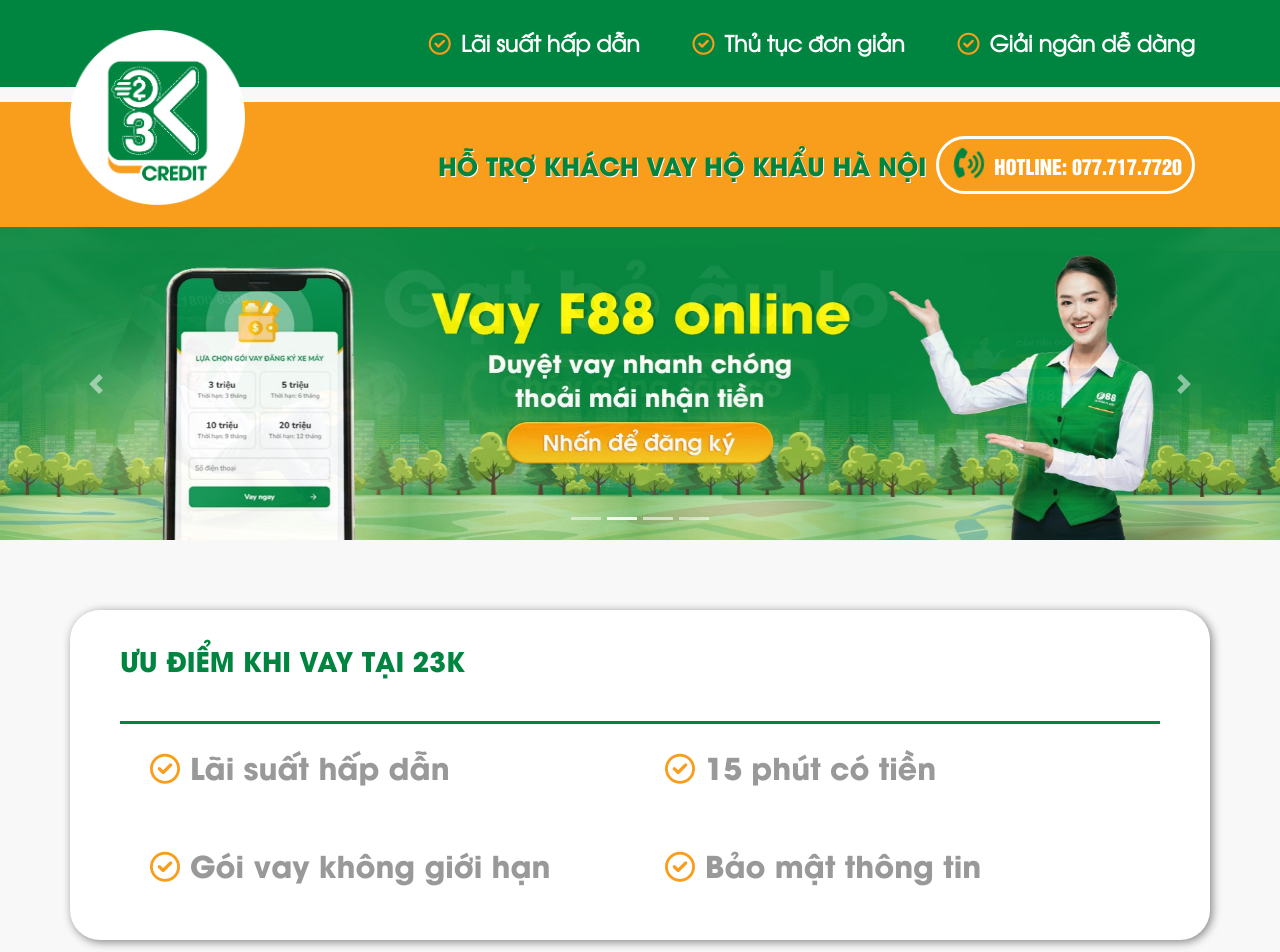
Repository: anhtu2110/23k.vn
Page: theme/index.html
An editor plug-in stored every save of this project. The page is shown before and after the next save, followed by the edit.
The browser window is 1280 px wide. The pictures show the part of the page from y = 0 to 952 px (the page is 1944 px tall before and 1974 px after).
A picture or video elsewhere on the page could not be fetched, so the positions and the page height are approximate.

Above is the page before, as saved 2022-12-29 22:51:19.

### theme/index.html
<!DOCTYPE html>
<html lang="en">

<head>
    <meta charset="UTF-8">
    <meta http-equiv="X-UA-Compatible" content="IE=edge">
    <meta name="viewport" content="width=device-width, initial-scale=1.0">
    <link rel="icon" type="image/x-icon" href="./public/images/footer_logo.png">
    <link rel="stylesheet" href="public/css/bootstrap/bootstrap-theme.css" type="text/css" />
    <link rel="stylesheet" href="public/css/bootstrap/bootstrap.css" type="text/css" />
    <link rel="stylesheet" href="public/reset.css" type="text/css" />
    <link rel="stylesheet" href="public/css/font-awesome/css/font-awesome.min.css">
    <link rel="stylesheet" href="https://cdnjs.cloudflare.com/ajax/libs/font-awesome/6.2.1/css/all.min.css">
    <link rel="stylesheet" href="public/style.css" type="text/css" />
    <link rel="stylesheet" href="public/responsive.css" type="text/css" />
    <title>23K</title>

    <script src="public/js/jquery-3.6.1.min.js"></script>
    <script src="public/js/bootstrap/bootstrap.min.js"></script>
    <script src="public/js/main.js"></script>
</head>

<body>
    <!-- test  -->
    <div id="wrapper">
        <div id="header">
            <div class="header-top">
                <div class="container">
                    <div class="logo">
                        <a href="" class="logo">
                            <img src="./public/images/LOGO.png" alt="">
                        </a>
                    </div>
                    <ul class="benefit">
                        <li class="benefit-item">Lãi suất hấp dẫn</li>
                        <li class="benefit-item">Thủ tục đơn giản </li>
                        <li class="benefit-item">Giải ngân dễ dàng</li>
                    </ul>
                </div>
            </div>
            <div class="header-bottom">
                <div class="container">
                    <span class="content text-uppercase">Hỗ trợ khách vay hộ khẩu hà nội</span>
                    <a href="tel:0777177720" class="hotline text-decoration-none">
                        <span class="icon-phone"><i class="fa-solid fa-phone-volume animation-phone"></i></span>
                        <span>Hotline: 077.717.7720</span>
                    </a>
                </div>
            </div>
        </div>
        <!-- END HEADER  -->
        <style>
            #banner img {
                max-width: 100%;
                height: auto;
            }
        </style>
        <div id="wp-content">
            <section class="home-banner">
                <div id="banner" class="banner carousel slide carousel-fade" data-ride="carousel">
                    <ol class="carousel-indicators">
                        <li data-target="#banner" class="active" data-slide-to="0"></li>
                        <li data-target="#banner" data-slide-to="1"></li>
                        <li data-target="#banner" data-slide-to="2"></li>
                        <li data-target="#banner" data-slide-to="3"></li>
                    </ol>
                    <div class="carousel-inner">
                        <div class="carousel-item active" data-interval="2500">
                            <a href="">
                                <img class="desktop" src="./public/images/20220511164418256-1920 x 470.jpg" alt="">
                            </a>
                        </div>
                        <div class="carousel-item" data-interval="2500">
                            <a href="">
                                <img class="desktop" src="./public/images/20221012100205330-f88 vay tiền destop.png"
                                    alt="">
                            </a>
                        </div>
                        <div class="carousel-item" data-interval="2500">
                            <a href="">
                                <img class="desktop"
                                    src="./public/images/20221118174037871-destop wc vay tiền tại f88.jpg" alt="">
                            </a>
                        </div>
                        <div class="carousel-item" data-interval="2500">
                            <a href="">
                                <img class="desktop" src="./public/images/slider_4.jpg" alt="">
                            </a>
                        </div>
                    </div>
                    <a href="#banner" class="carousel-control-prev" data-slide="prev">
                        <span class="carousel-control-prev-icon"></span>
                    </a>
                    <a href="#banner" class="carousel-control-next" data-slide="next">
                        <span class="carousel-control-next-icon"></span>
                    </a>
                </div>
            </section>
            <!-- END HOME-BANNER  -->
            <div id="wp-form-reg">

            </div>
            <!-- END WP-FORM-REG  -->
            <div id="advantages" class="container box">
                <div class="head-box">
                    <div class="row">
                        <div class="col-md-12">
                            <p class="title">Ưu điểm khi vay tại 23k</p>
                        </div>
                    </div>
                </div>
                <div class="list-advantage">
                    <div class="row justify-content-center">
                        <div class="col-md-6 col-12">
                            <p class="advantage">Lãi suất hấp dẫn</p>
                        </div>
                        <div class="col-md-6 col-12">
                            <p class="advantage">15 phút có tiền</p>
                        </div>
                        <div class="col-md-6 col-12">
                            <p class="advantage">Gói vay không giới hạn</p>
                        </div>
                        <div class="col-md-6 col-12">
                            <p class="advantage">Bảo mật thông tin</p>
                        </div>
                    </div>
                </div>
            </div>
            <!-- END ADVANTAGES  -->
            <div id="should-choose" class="container box">
                <div class="head-box">
                    <div class="row">
                        <div class="col-md-12">
                            <p class="title">Bạn nên chọn 23k</p>
                        </div>
                    </div>
                </div>
                <ul class="list-reason">
                    <li class="reason-item">
                        <a href=""><img src="./public/images/thu_tuc.png" alt=""></a>
                        <p>Thủ tục đơn giản chỉ cần CCCD & sổ hộ khẩu Hà Nội</p>
                    </li>
                    <li class="reason-item">
                        <a href=""><img src="./public/images/tham_dinh.png" alt=""></a>
                        <p>
                            Thẩm định nhanh chóng linh hoạt
                        </p>
                    </li>
                    <li class="reason-item">
                        <a href=""><img src="./public/images//lai_suat.png" alt=""></a>
                        <p>Lãi suất ưu đãi nhất Hà Nội</p>
                    </li>
                    <li class="reason-item">
                        <a href=""><img src="./public/images/tu_van.png" alt=""></a>
                        <p>Đăng ký tư vấn online dễ dàng</p>
                    </li>
                    <li class="reason-item">
                        <a href=""><img src="./public/images/bao_mat.png" alt=""></a>
                        <p>Bảo mật thông tin khách hàng</p>
                    </li>
                </ul>
            </div>
        </div>
        <!-- END SHOULD-CHOOSE  -->
        <!-- END WP-CONTENT  -->
        <div id="footer">
            <div id="footer-top">
                <div class="container">
                    <div class="row">
                        <div class="footer-top-content col-12">
                            <span class="footer-thank">Trân trọng cảm ơn quý khách !</span>
                            <a href="tel:0777177720" class="hotline text-decoration-none">
                                <span class="icon-phone"><i class="fa-solid fa-phone-volume animation-phone"></i></span>
                                <span>Hotline: 077.717.7720</span>
                            </a>
                        </div>
                    </div>
                </div>
            </div>
            <!-- END FOOTER-TOP  -->
            <div id="footer-bottom">
                <div class="container">
                    <div class="row">
                        <div class="footer-logo col-md-2">
                            <a href="" class="logo">
                                <img src="./public/images/footer_logo.png" alt="">
                            </a>
                        </div>
                        <div class="footer-info-contact col-md-8">
                            <div class="wp-info-contact">
                                <p>Thông tin liên hệ</p>
                                <ul class="list-info-contact">
                                    <li class="info-contact-item"><a href=""><i class="fa-solid fa-location-dot"></i>252
                                            Đ.
                                            Lạc Long
                                            Quân, Bưởi, Cầu Giấy, Hà Nội, Việt Nam</a></li>
                                    <li class="info-contact-item"><a href=""><i class="fa-solid fa-phone"></i>HOTLINE:
                                            0777.170.720</a></li>
                                    <li class="info-contact-item"><a href=""><i
                                                class="fa-brands fa-square-facebook"></i>www.facebook.com/groups/taichinh23k</a>
                                    </li>
                                </ul>
                            </div>
                        </div>
                    </div>
                </div>
            </div>
            <!-- END FOOTER-BOTTOM  -->
        </div>
        <!-- END FOOTER  -->
    </div>
</body>

</html>

### theme/public/style.css
@import '../public/css/import/fonts.css';
@import '../public/css/import/global.css';
@import '../public/css/import/header.css';
@import '../public/css/import/footer.css';
@import '../public/css/import/register.css';

### theme/public/responsive.css
@media (max-width: 1199px) {
    html {
        font-size: 5.333px;
        /* font-size: 8px; */
    }
}

@media (max-width: 767px) {
    html {
        font-size: 10px;
    }
}

### theme/public/css/import/fonts.css
@font-face {
    font-family: 'Leelawadee UI Bold';
    src: url('../../font/leelawdb.ttf');
}

@font-face {
    font-family: 'Montserrat-SemiBold';
    src: url('../../font/Montserrat-SemiBold.ttf');
}

@font-face {
    font-family: 'UTM Avo';
    src: url('../../font/UTM\ Avo.ttf');
}

@font-face {
    font-family: 'UTM AvoBold_Italic';
    src: url('../../font/UTM\ AvoBold_Italic.ttf');
}

@font-face {
    font-family: 'UTM AvoBold';
    src: url('../../font/UTM\ AvoBold.ttf');
}

@font-face {
    font-family: 'UTM AvoItalic';
    src: url('../../font/UTM\ AvoItalic.ttf');
}

@font-face {
    font-family: 'UTM HelvetIns';
    src: url('../../font/UTM\ HelvetIns.ttf');
}

### theme/public/css/import/global.css
:root {
    --bg-page: #F8F8F8;
    --bg-green: #008541;
    --bg-white: #FFFFFF;
    --bg-orange: #F99D1C;
    --bg-gray: #666666;
}

a {
    text-decoration: none !important;
}

ul {
    padding: 0;
    margin: 0;
}

html {
    font-size: 62.5%;
}

body {
    background-color: var(--bg-page);
}

.head-box {
    padding-bottom: 3rem;
    padding-top: 1rem;
    border-bottom: 3px solid var(--bg-green);
}

p.title {
    font-size: 2.7rem;
    font-family: 'UTM AvoBold';
    color: var(--bg-green);
    text-transform: uppercase;
}

.box {
    background-color: var(--bg-white);
    padding: 2rem 5rem;
    box-shadow: 2px 2px 10px gray;
    border-radius: 3rem;
    z-index: 1;
}

a.hotline {
    display: inline-block;
    font-size: 2rem;
    font-family: 'UTM HelvetIns';
    text-transform: uppercase;
    color: var(--bg-white);
    padding: 1rem 1rem;
    border: 0.3rem solid var(--bg-white);
    border-radius: 100rem;
    margin-left: 1rem;
    overflow: hidden;
}

a.hotline span.icon-phone i {
    font-size: 3rem;
    color: var(--bg-green);
    padding-inline: 0.5rem;
}

.animation-phone {
    animation-name: trin;
    animation-duration: 1.5s;
    animation-iteration-count: infinite;
    animation-timing-function: linear;
}

@keyframes trin {

    from {
        transform: rotate3d(0, 0, 1, 0deg);
    }

    20%,
    32%,
    44%,
    56%,
    68% {
        transform: rotate3d(0, 0, 1, 0deg);
    }

    23%,
    35%,
    47%,
    59%,
    71% {
        transform: rotate3d(0, 0, 1, 15deg);
    }

    26%,
    38%,
    50%,
    62%,
    74% {
        transform: rotate3d(0, 0, 1, 0deg);
    }

    29%,
    41%,
    53%,
    65%,
    77% {
        transform: rotate3d(0, 0, 1, -15deg);
    }

    80% {
        transform: rotate3d(0, 0, 1, 0deg);
    }

}

### theme/public/css/import/header.css
.header-top {
    background-color: var(--bg-green);
    margin-bottom: 1.5rem;
}

.header-top .container {
    position: relative;
    display: flex;
    justify-content: flex-end;
}

#header .logo {
    position: absolute;
    top: 1.5rem;
    left: 0;
    border-radius: 10rem;
}

#header .logo a.logo img {
    width: 17.5rem;
    height: auto;
}

ul.benefit li.benefit-item {
    display: inline-block;
    font-size: 2.2rem;
    color: red;
    font-family: 'UTM Avo';
    font-weight: 600;
    color: var(--bg-white);
    padding: 2.6rem 2rem;
}

ul.benefit li.benefit-item:last-child {
    padding-right: 0;
}

ul.benefit li.benefit-item::before {
    display: inline-block;
    content: '\f058';
    font-family: "Font Awesome 6 Free";
    -webkit-font-smoothing: antialiased;
    font-weight: normal;
    color: #F99D1C;
    padding-inline: 1rem;
}

/* ul.benefit li.benefit-item i {
    display: inline-block;
    padding-inline: 1rem;
    color: #F99D1C;
} */

/* END HEADER TOP  */
.header-bottom {
    height: 12.5rem;
    background-color: var(--bg-orange);
    display: flex;
    align-items: center;
}

.header-bottom .container {
    display: flex;
    align-items: center;
    /* justify-content: end; */
    justify-content: right;
}

.header-bottom .content {
    font-size: 2.5rem;
    font-family: 'UTM AvoBold';
    color: var(--bg-green);
    text-shadow: 1px 1px var(--bg-white);
    /* flex-basis: 50%; */
    width: fit-content;
}

### theme/public/css/import/footer.css
#footer #footer-top {
    background-color: var(--bg-green);
    padding-block: 3rem;
}

#footer #footer-top .footer-top-content {
    display: flex;
    justify-content: space-between;
}

#footer #footer-top .footer-top-content span.footer-thank {
    font-size: 3.8rem;
    color: var(--bg-white);
    font-family: 'UTM AvoBold';
    text-transform: uppercase;
    margin-left: -1.5rem;
}

#footer #footer-top .footer-top-content a.hotline {
    /* border: none; */
    background-color: var(--bg-orange);
    margin-right: -1.5rem;
}

/* END FOOTER-TOP  */
#footer #footer-bottom .footer-logo a.logo img {
    display: block;
    max-width: 18rem;
    height: auto;
}

#footer #footer-bottom {
    padding-block: 4rem;
}

#footer #footer-bottom a.logo {
    display: block;
    width: 100%;
}

#footer #footer-bottom a.logo img {
    width: 100%;
    height: auto;
}

.footer-info-contact {
    font-size: 2.6rem;
    color: var(--bg-gray);
}

.footer-info-contact .wp-info-contact {
    width: fit-content;
}

.footer-info-contact p {
    padding-block: 1rem;
    border-bottom: 0.2rem solid var(--bg-green);
}

ul.list-info-contact {
    list-style: none;
    padding: 0;
    margin: 0;
}

ul.list-info-contact li a {
    color: var(--bg-gray);
}

ul.list-info-contact i {
    display: inline-block;
    width: 3rem;
    height: auto;
}

### theme/public/css/import/register.css
#wp-content {
    margin-bottom: 8rem;
}

#advantages {
    margin-block: 7rem;
}

#advantages .list-advantage {
    margin-inline: 2rem;
}

#advantages p.advantage {
    font-size: 3rem;
    color: #999999;
    font-family: 'UTM AvoBold';
    padding-block: 2rem;
}

#advantages p.advantage::before {
    display: inline-block;
    content: '\f058';
    font-family: "Font Awesome 6 Free";
    -webkit-font-smoothing: antialiased;
    font-weight: normal;
    color: var(--bg-orange);
    padding-inline: 1rem;
}

/* END ADVANTAGE  */
#should-choose ul.list-reason {
    list-style: none;
    padding: 0;
    margin: 0;
    display: flex;
    align-items: center;
    text-align: center;
}

#should-choose ul.list-reason li.reason-item {
    flex-basis: 20%;
    padding: 2rem;
}

#should-choose ul.list-reason li a {
    display: block;
    width: 100%;
    height: 16rem;
}

#should-choose ul.list-reason li a img {
    display: inline-block;
    width: 15rem;
    height: auto;
}

#should-choose ul.list-reason li.reason-item p {
    font-size: 2rem;
    font-family: "UTM Avo";
    color: #808080;
}

Loaded but not shown: theme/public/css/bootstrap/bootstrap-theme.css (library); theme/public/css/bootstrap/bootstrap.css (library); theme/public/reset.css (common file); theme/public/css/font-awesome/css/font-awesome.min.css (library); theme/public/js/jquery-3.6.1.min.js (library); theme/public/js/bootstrap/bootstrap.min.js (library); theme/public/js/main.js (no copy from this time; the picture is the same without it)

After the next save:
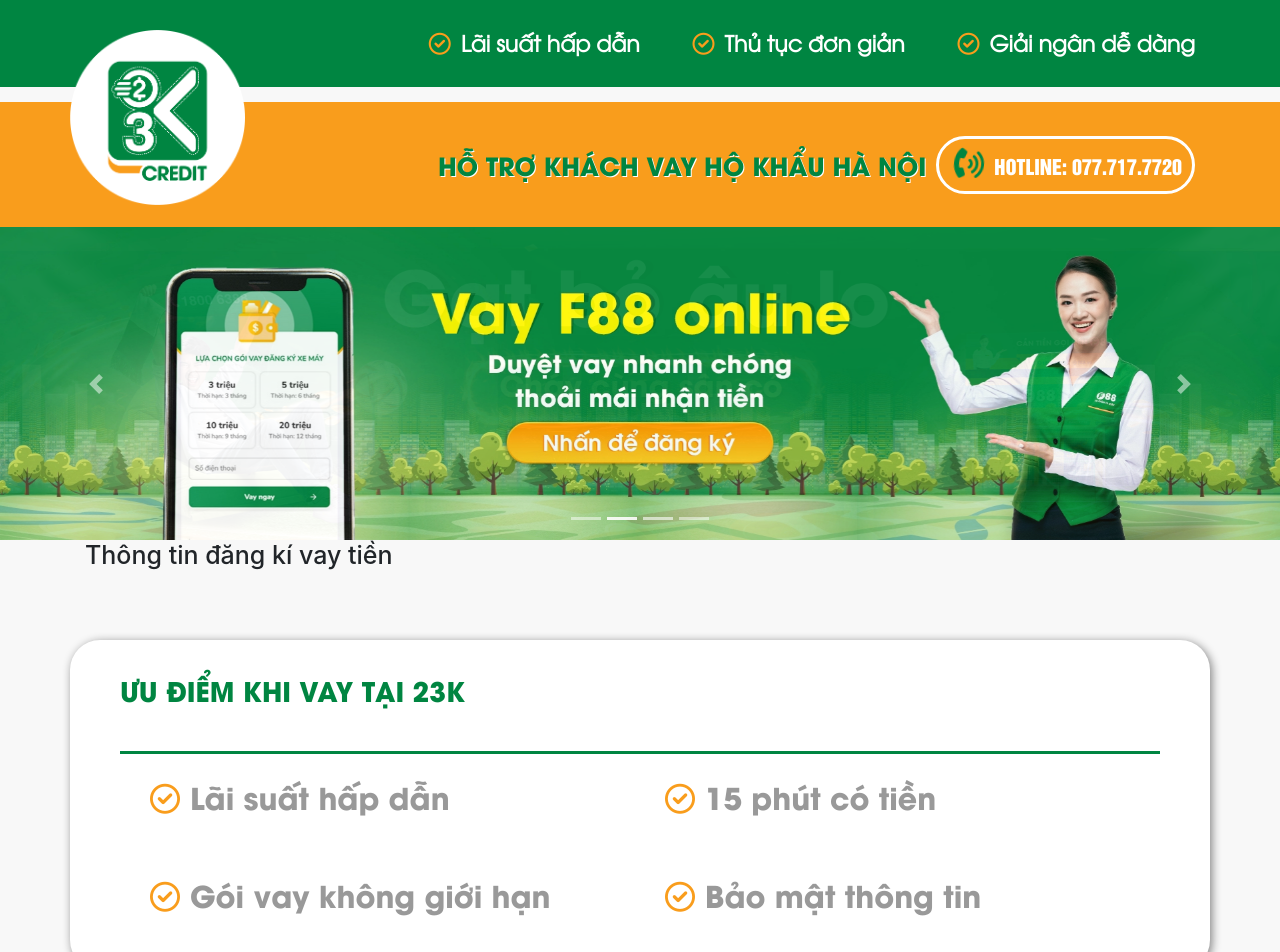
Saved 6 min 58 s later.
--- a/theme/index.html
+++ b/theme/index.html
@@ -100,7 +100,12 @@
             <div id="wp-form-reg">
 
             </div>
-            <!-- END WP-FORM-REG  -->
+            <div id="wp-info-reg">
+                <div class="container">
+                    <h1>Thông tin đăng kí vay tiền</h1>
+                </div>
+            </div>
+            <!-- END WP-info-REG  -->
             <div id="advantages" class="container box">
                 <div class="head-box">
                     <div class="row">
